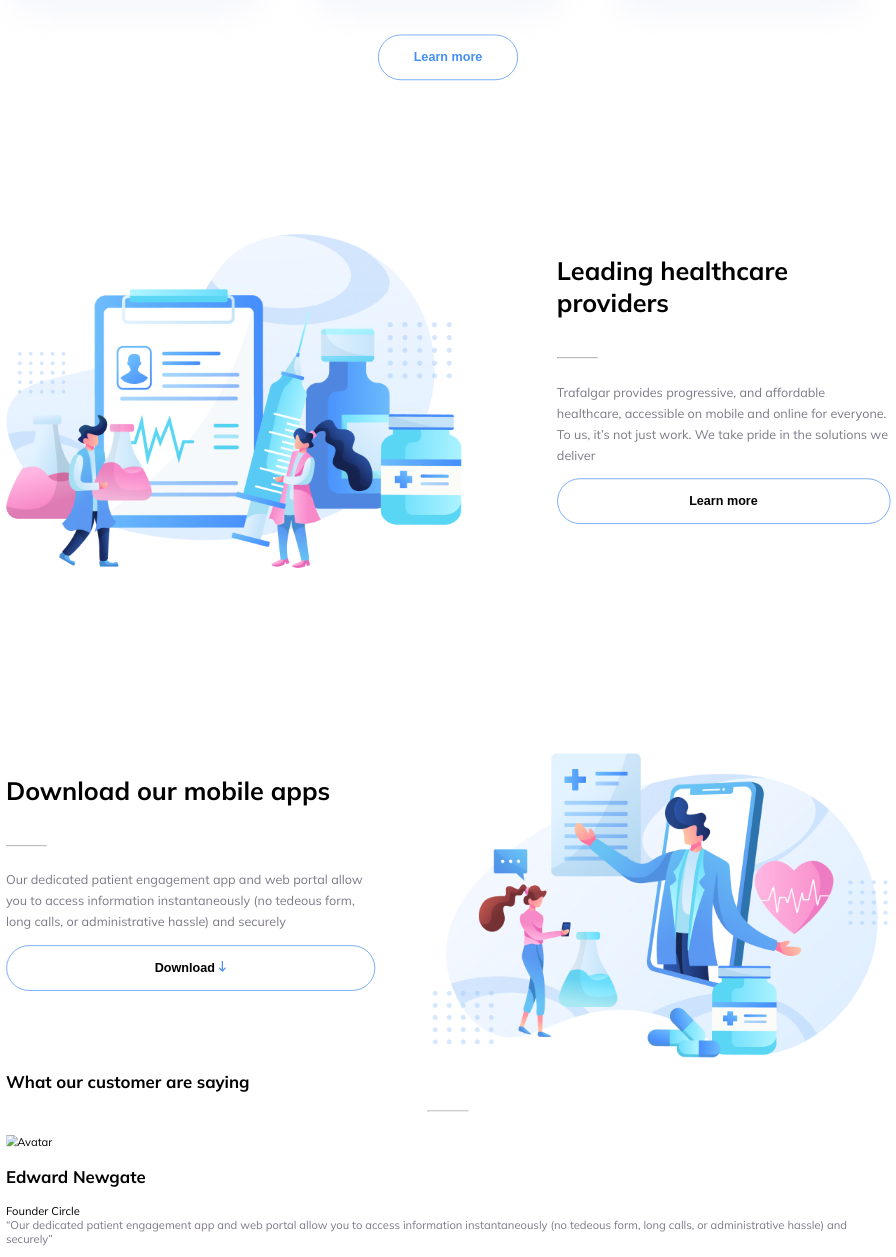
Repository: ivan-developer-01/trafalgar-layout
Page: index.html
An editor plug-in stored every save of this project. The page is shown before and after the next save, followed by the edit.
The browser window is 1280 px wide. The pictures show the part of the page from y = 1869 to 3789 px (the page is 3664 px tall before and 3789 px after), at 70% of full size.

Above is the page before, as saved 2024-11-08 15:14:58.
Not found: images/reviews/avatar.png

After the next save:
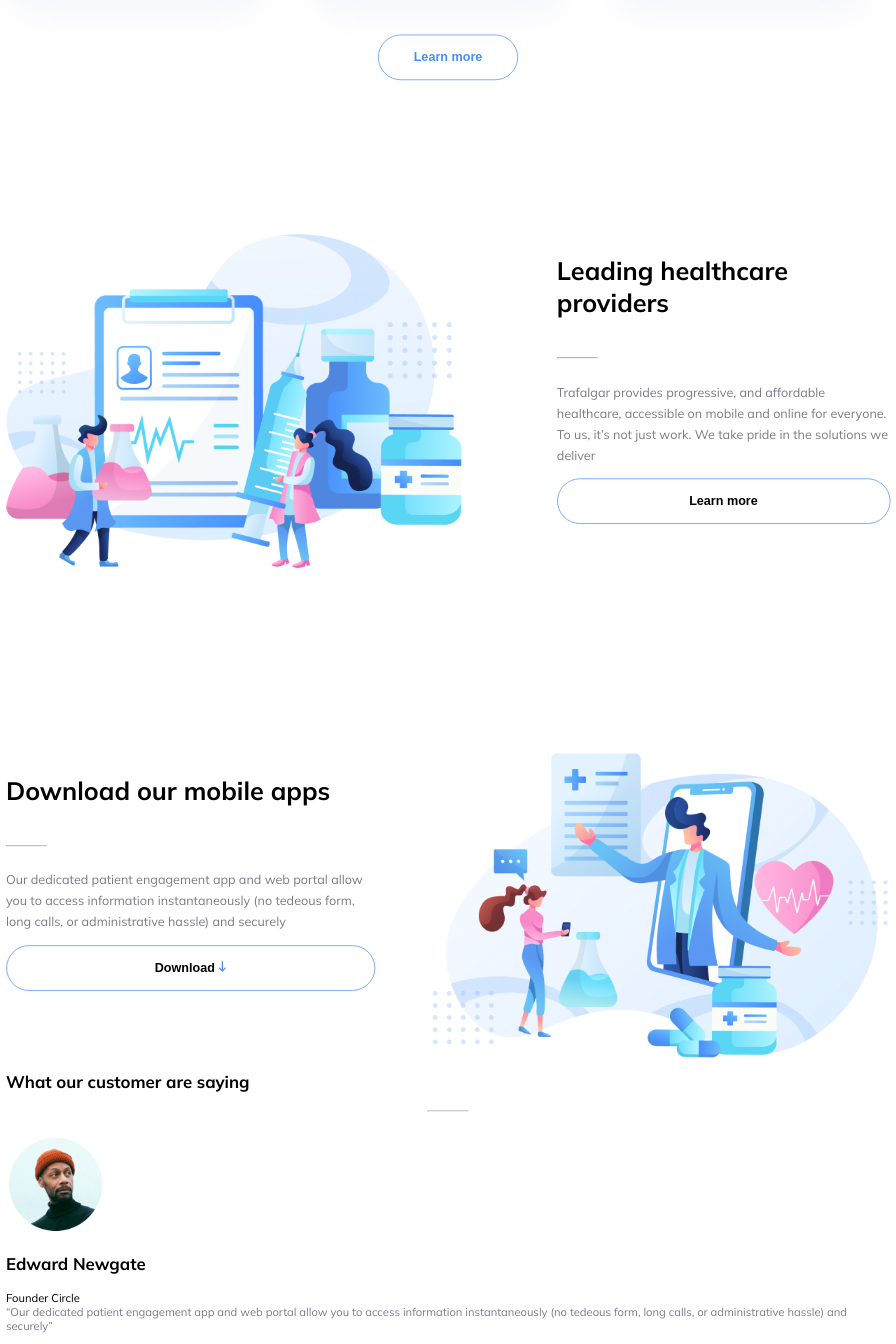
Saved 3 min 5 s later.
--- a/index.html
+++ b/index.html
@@ -155,7 +155,7 @@ lovely family</p>
 				<div class="reviews">
 					<div class="review">
 						<div class="user">
-							<img src="images/reviews/avatar.png" alt="Avatar" class="avatar">
+							<img src="images/reviews/avatar-1.png" alt="Avatar" class="avatar">
 							<div class="user-credentials">
 								<h3>Edward Newgate</h3>
 								<span>Founder Circle</span>
